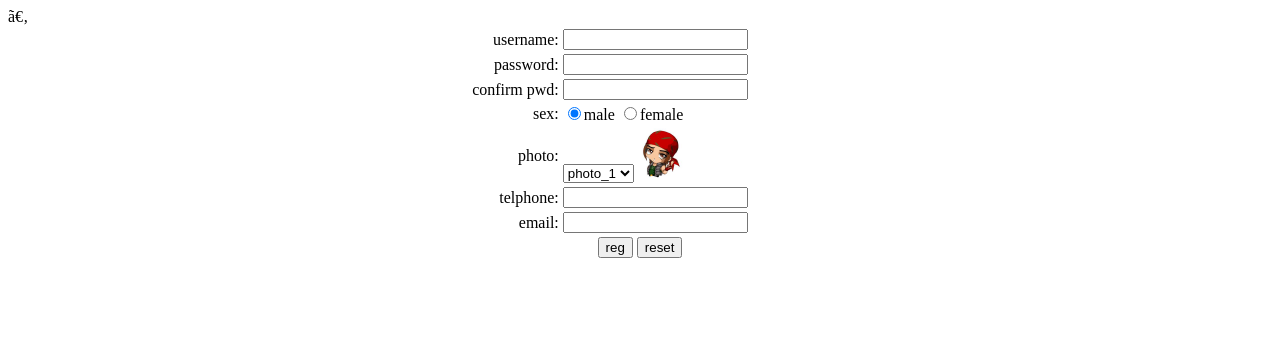
Repository: GetHubByYc/MyEclipse
Page: http://localhost/CheckLogin/reg.jsp
The author's editor kept a copy of each file at every save. The page is drawn from the files as they stood at one save, then again after the next save.
The browser window is 1280 px wide. The pictures show the whole page.
The page is served by Tomcat 9. Nobody is signed in. The application's start-up code is not run. Other server files are loaded and not shown.

Above is the page before, as saved 2015-11-14 02:58:17.

### CheckLogin/WebRoot/reg.jsp
 。<%@ page language="java" import="java.util.*" pageEncoding="ISO-8859-1"%>

<!DOCTYPE HTML PUBLIC "-//W3C//DTD HTML 4.01 Transitional//EN">
<html>
  <head>
    <title>My JSP 'reg.jsp' starting page</title>

	<meta http-equiv="pragma" content="no-cache">
	<meta http-equiv="cache-control" content="no-cache">
	<meta http-equiv="expires" content="0">
	<meta http-equiv="keywords" content="keyword1,keyword2,keyword3">
	<meta http-equiv="description" content="This is my page">
	<!--
	<link rel="stylesheet" type="text/css" href="styles.css">
	-->
 <script type="text/javascript">
	function change(){
		var op1 = document.getElementById("photo_img");
		var photo = document.getElementById("photo");
		var index=photo.selectedIndex ;
		op1.setAttribute("src", photo.options[index].value);
	}
</script>
  </head>

  <body>
  <form action="servlet/RegServlet" method="post" onSubmit="return reg(this);">
    <table align="center" width="450" border="0">
    	<tr>
    		<td align="right">username:</td>
    		<td><input type="text" name="username" ></td>
    	</tr>
    	<tr>
    		<td align="right">password:</td>
    		<td><input type="text" name="pwd" ></td>
    	</tr>
    	<tr>
    		<td align="right">confirm pwd:</td>
    		<td><input type="text" name="repwd" ></td>
    	</tr>
    	<tr>
    		<td align="right">sex:</td>
    		<td>
    			<input type="radio" name="sex" value="male" checked="checked">male
    			<input type="radio" name="sex" value="fmale">female
    		</td>

    	</tr>
    	<tr>
    		<td align="right">photo:</td>
    		<td>
    			<select name="photo" id="photo" onchange="change();">
    				<option value="images/avatar_Dante_small1.jpg" selected="selected">photo_1</option>
    				<option value="images/avatar_Go_small1.jpg">photo_2</option>

    			</select>
    			<img id="photo_img" style="width:50px;height:50px" src="images/avatar_Dante_small1.jpg"/>
    		</td>
    	</tr>
    	<tr>
    		<td align="right">telphone:</td>
    		<td><input type="text" name="tel" ></td>
    	</tr>
    	<tr>
    		<td align="right">email:</td>
    		<td><input type="text" name="email" ></td>
    	</tr>
    	<tr>
    		<td colspan="2" align="center">
    			<input type="submit" value="reg">
    			<input type="reset" value="reset">
    		</td>
    	</tr>
    </table>
    </form>
  </body>
</html>

After the next save:
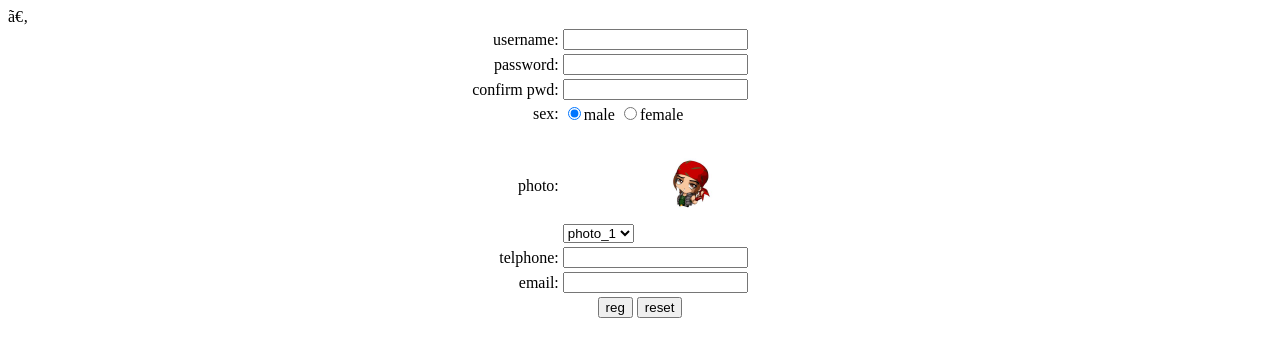
Saved 19 s later.
--- a/CheckLogin/WebRoot/reg.jsp
+++ b/CheckLogin/WebRoot/reg.jsp
@@ -54,7 +54,7 @@
     				<option value="images/avatar_Go_small1.jpg">photo_2</option>
 
     			</select>
-    			<img id="photo_img" style="width:50px;height:50px" src="images/avatar_Dante_small1.jpg"/>
+    			<img id="photo_img" style="width:50px;height:50px;margin:30px" src="images/avatar_Dante_small1.jpg"/>
     		</td>
     	</tr>
     	<tr>

After the save that followed:
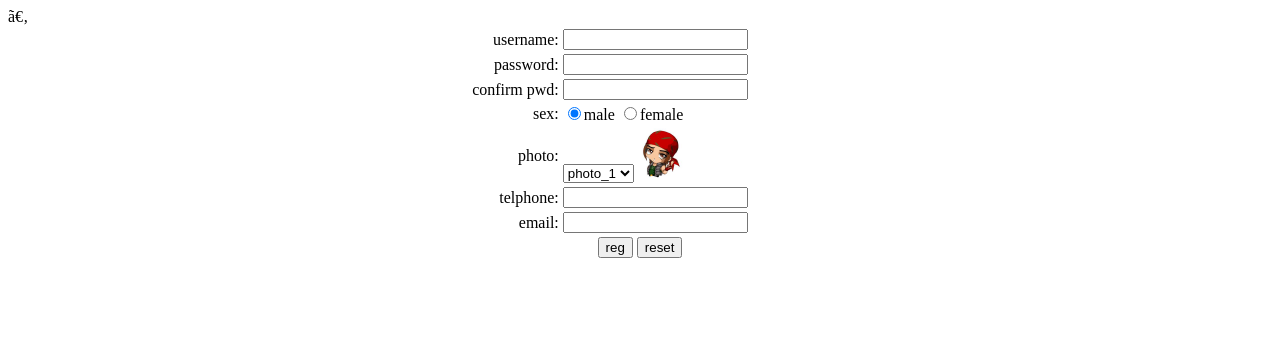
Saved 10 s later.
--- a/CheckLogin/WebRoot/reg.jsp
+++ b/CheckLogin/WebRoot/reg.jsp
@@ -54,7 +54,7 @@
     				<option value="images/avatar_Go_small1.jpg">photo_2</option>
 
     			</select>
-    			<img id="photo_img" style="width:50px;height:50px;margin:30px" src="images/avatar_Dante_small1.jpg"/>
+    			<img id="photo_img" style="width:50px;height:50px;" src="images/avatar_Dante_small1.jpg"/>
     		</td>
     	</tr>
     	<tr>
